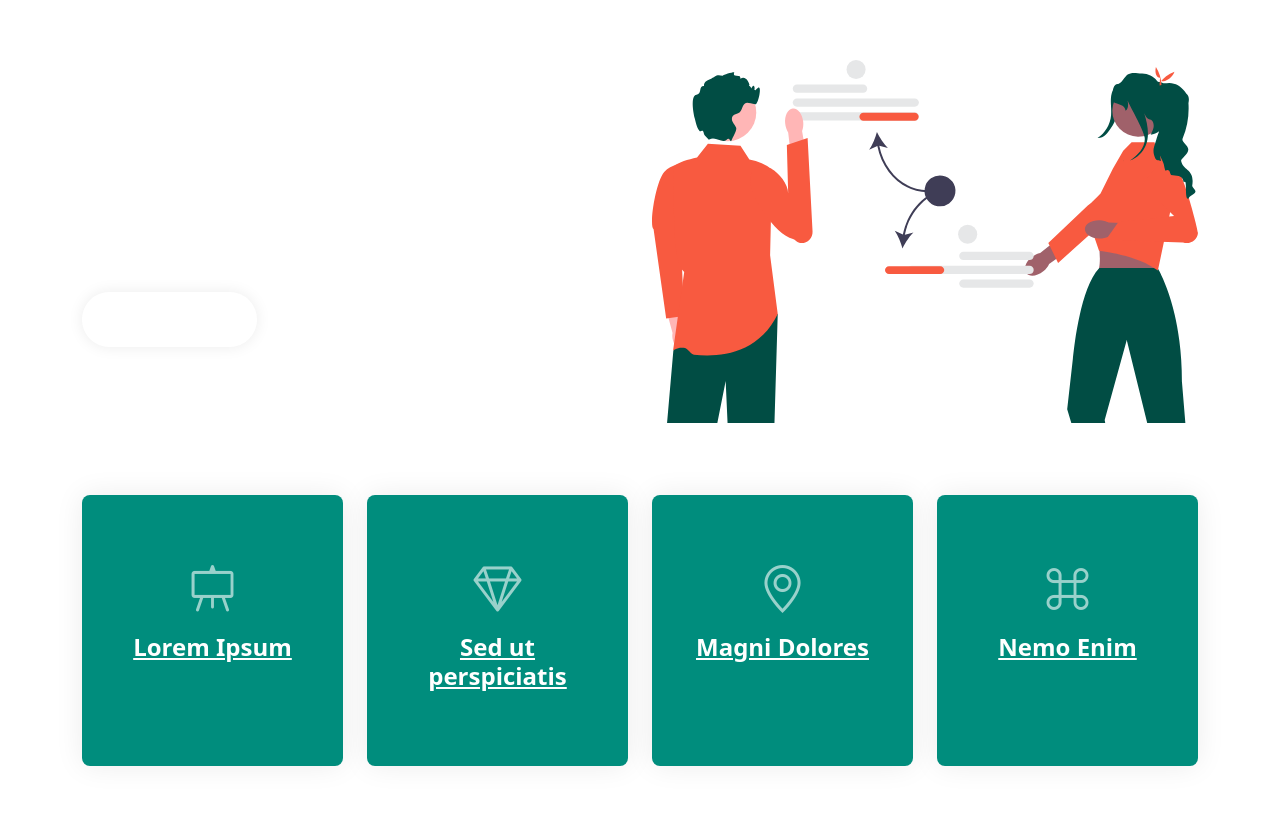
Repository: khainguyen2003/bootstrapmade
Page: heroSection/impactHero/index.html
An editor plug-in stored every save of this project. The page is shown before and after the next save, followed by the edit.
The browser window is 1280 px wide. The pictures show the whole page.

Above is the page before, as saved 2023-01-10 22:09:49.

After the next save:
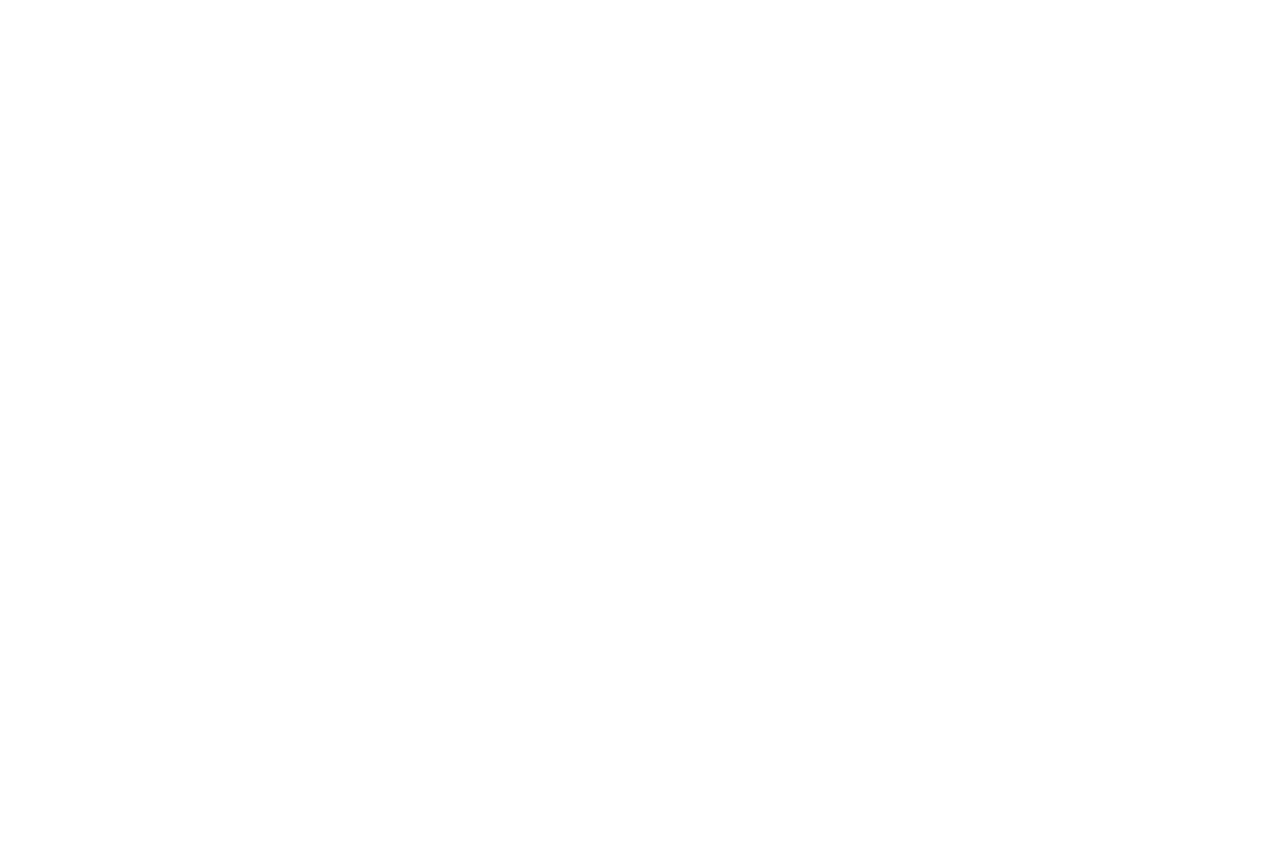
Saved 67 s later.
--- a/heroSection/impactHero/main.js
+++ b/heroSection/impactHero/main.js
@@ -1,4 +1,4 @@
-window.addEventListener("load", function () {
+window.addEventListener("'DOMContentLoaded'", function () {
   "use strict";
   AOS.init({
     duration: 1000,

After the 4 saves that followed:
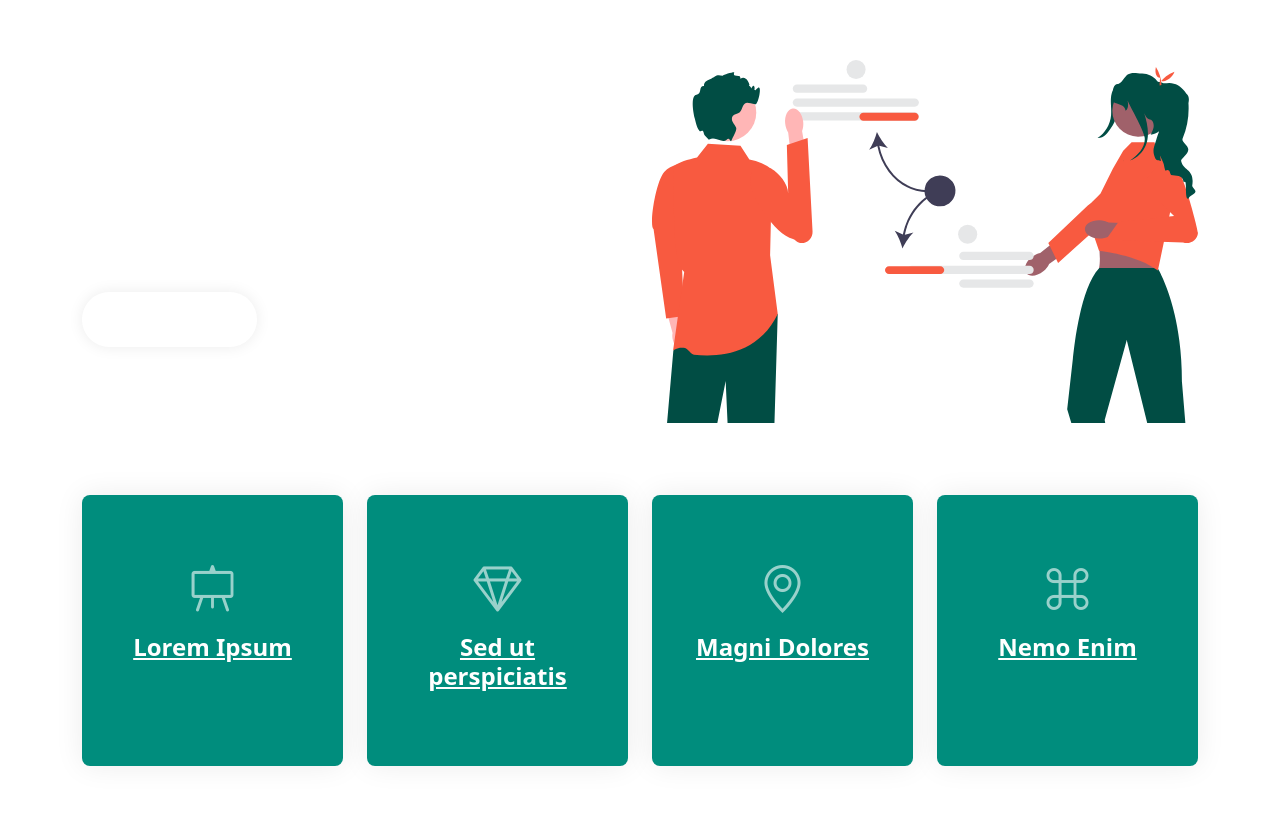
The 4 saves are shown as one change because 1 left the picture as it was and some came seconds apart.
The last was saved 118 s later.
--- a/heroSection/impactHero/main.js
+++ b/heroSection/impactHero/main.js
@@ -1,9 +1,17 @@
-window.addEventListener("'DOMContentLoaded'", function () {
+window.addEventListener("DOMContentLoaded", function () {
   "use strict";
-  AOS.init({
-    duration: 1000,
-    easing: "ease-in-out",
-    once: true,
-    mirror: false,
+  /**
+   * Animation on scroll function and init
+   */
+  function aos_init() {
+    AOS.init({
+      duration: 1000,
+      easing: "ease-in-out",
+      once: true,
+      mirror: false,
+    });
+  }
+  window.addEventListener("load", () => {
+    aos_init();
   });
 });
